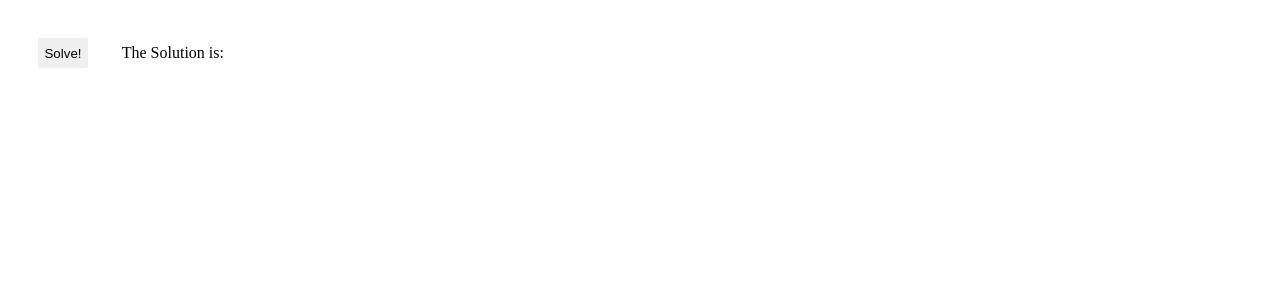
Repository: setanjan123/wordle-solver
Page: popup.html
An editor plug-in stored every save of this project. The page is shown before and after the next save, followed by the edit.
The browser window is 1280 px wide. The pictures show the whole page.

Above is the page before, as saved 2022-03-05 11:41:25.

After the next save:
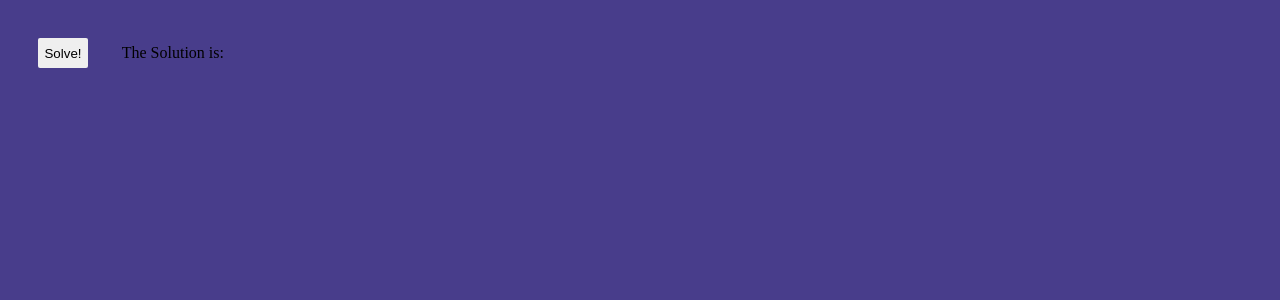
Saved 19 s later.
--- a/button.css
+++ b/button.css
@@ -21,3 +21,7 @@ button {
     0 0 0 4px black;
 
     }
+
+    body {
+        background-color: darkslateblue;
+    }
